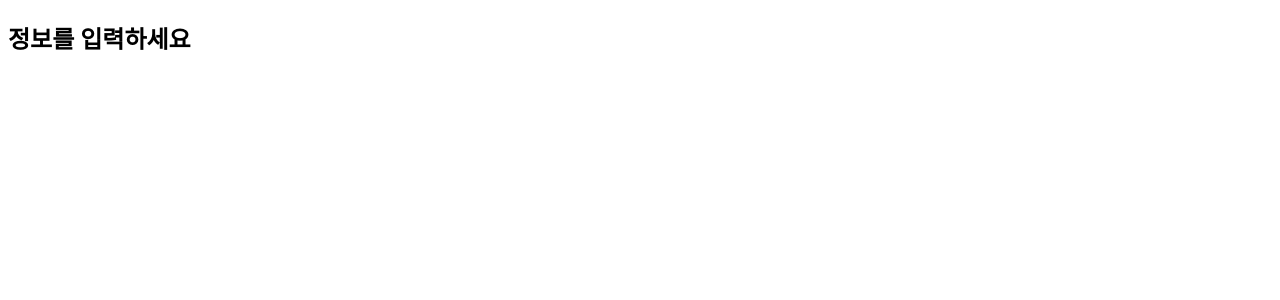
Repository: BangHoJung/jsp
Page: http://localhost/Step02/1229/quest_p238.jsp
An editor plug-in stored every save of this project. The page is shown before and after the next save, followed by the edit.
The browser window is 1280 px wide. The pictures show the whole page.
The page is served by Tomcat 9. Other server files are loaded and not shown.

Above is the page before, as saved 2020-12-29 05:26:43.

### Step02/WebContent/1229/quest_p238.jsp
<%@ page language="java" contentType="text/html; charset=UTF-8"
    pageEncoding="UTF-8"%>
<!DOCTYPE html>
<html>
<head>
<meta charset="UTF-8">
<title>Insert title here</title>
</head>
<body>
	<h2>정보를 입력하세요</h2>

	<form action="quest_p238_process" method="post">

	</form>
</body>
</html>

After the next save:
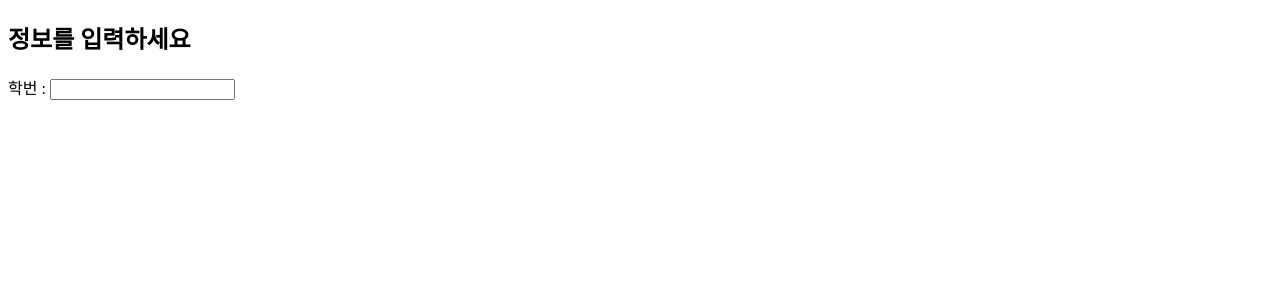
Saved 19 s later.
--- a/Step02/WebContent/1229/quest_p238.jsp
+++ b/Step02/WebContent/1229/quest_p238.jsp
@@ -10,7 +10,7 @@
 	<h2>정보를 입력하세요</h2>
 
 	<form action="quest_p238_process" method="post">
-
+		학번 : <input type="text" name="hak">
 	</form>
 </body>
 </html>
